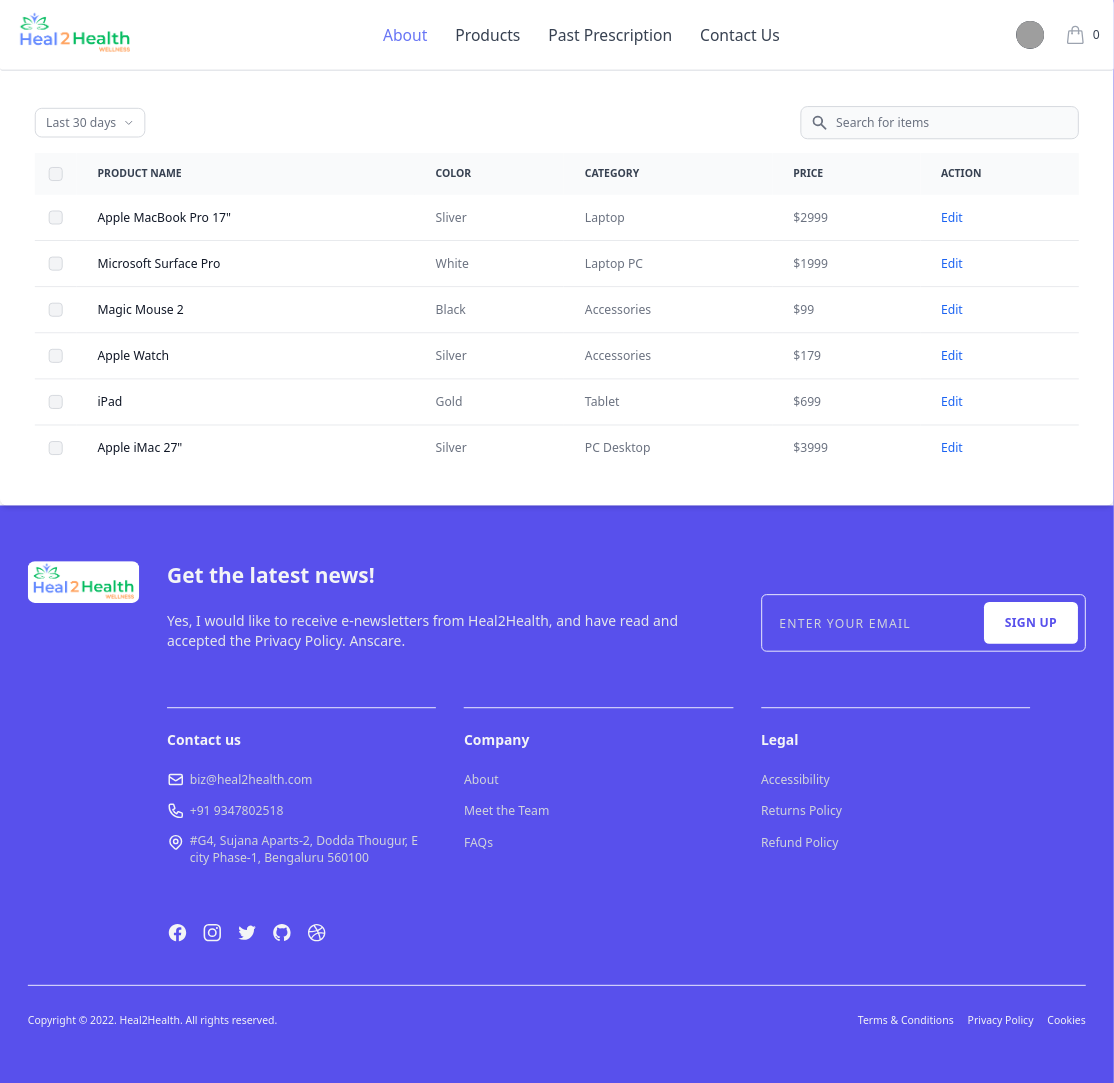
Repository: Akash123-coder/H2H
Page: /PastPrescription (app in Frontend/)
The author's editor kept a copy of each file at every save. The page is drawn from the files as they stood at one save, then again after the next save.
The browser window is 1280 px wide. The pictures show the whole page, at 87% of full size.
Pictures or frames that could not be fetched are drawn as grey boxes. The project was rebuilt for these pictures with package versions that can differ from the ones it lists, and the page was loaded fresh each time. Also part of the build but not shown: Frontend/vite.config.ts, Frontend/src/pages/About.tsx, Frontend/src/components/Cta.jsx, Frontend/src/pages/Home.jsx, Frontend/src/components/Buttonsm.tsx, Frontend/src/components/Buttonrm.tsx, Frontend/src/components/Product.tsx, Frontend/src/pages/Prescription.jsx and 2 more.

Above is the page before, as saved 2022-09-28 16:50:43.

After the next save:
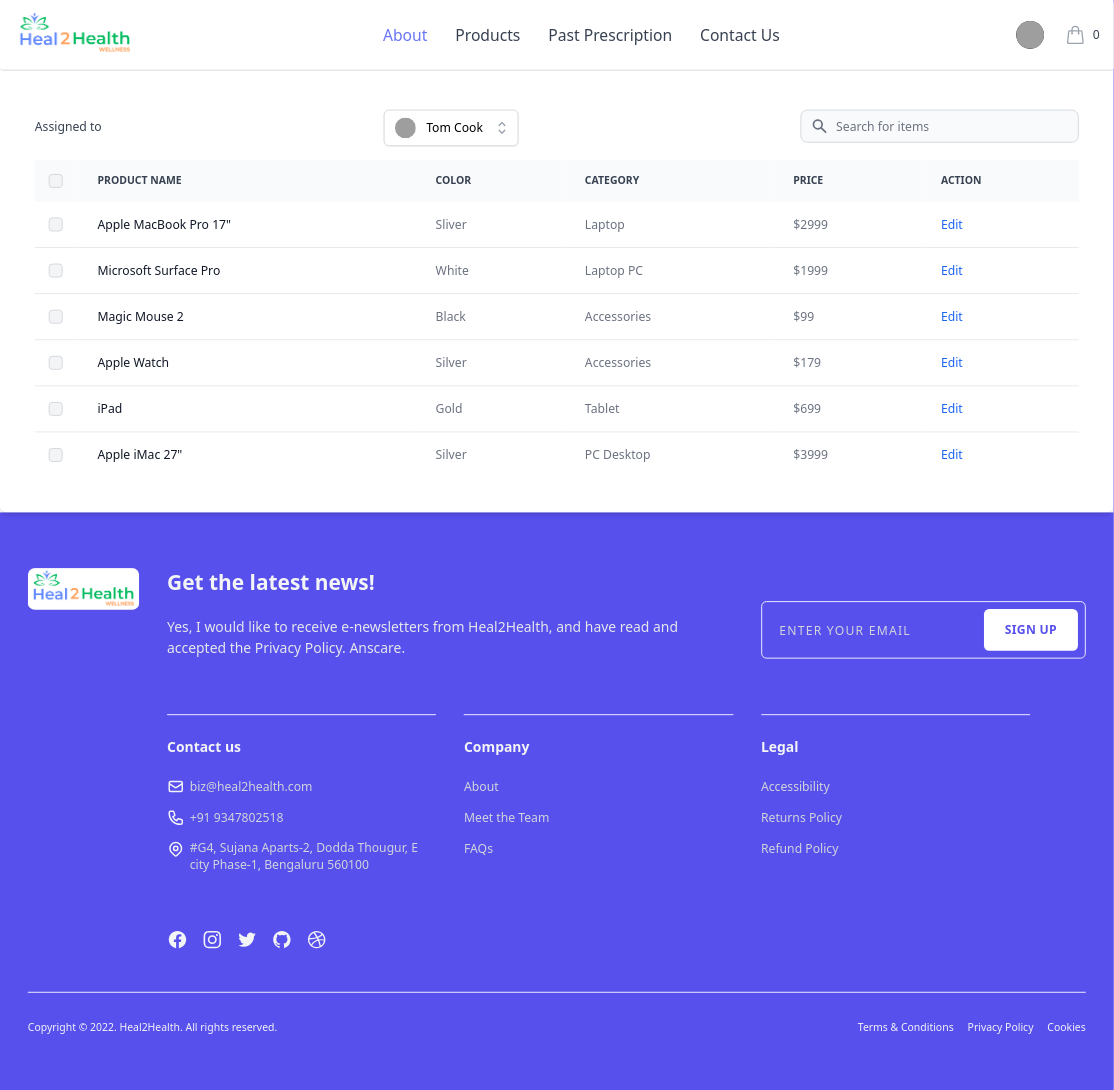
Saved 2 min 24 s later.
--- a/Frontend/src/pages/PastPrescription.jsx
+++ b/Frontend/src/pages/PastPrescription.jsx
@@ -1,136 +1,12 @@
 import React from 'react'
+import Select from '../components/Select';
 
 function PastPrescription() {
   return (
     <div>
       <div class="overflow-x-auto relative shadow-md sm:rounded-lg p-10">
         <div class="flex justify-between items-center pb-4">
-          <div>
-            <button
-              id="dropdownRadioButton"
-              data-dropdown-toggle="dropdownRadio"
-              class="inline-flex items-center text-gray-500 bg-white border border-gray-300 focus:outline-none hover:bg-gray-100 focus:ring-4 focus:ring-gray-200 font-medium rounded-lg text-sm px-3 py-1.5 dark:bg-gray-800 dark:text-white dark:border-gray-600 dark:hover:bg-gray-700 dark:hover:border-gray-600 dark:focus:ring-gray-700"
-              type="button"
-            >
-
-              Last 30 days
-              <svg
-                class="ml-2 w-3 h-3"
-                aria-hidden="true"
-                fill="none"
-                stroke="currentColor"
-                viewBox="0 0 24 24"
-                xmlns="http://www.w3.org/2000/svg"
-              >
-                <path
-                  stroke-linecap="round"
-                  stroke-linejoin="round"
-                  stroke-width="2"
-                  d="M19 9l-7 7-7-7"
-                ></path>
-              </svg>
-            </button>
-            {/* <!-- Dropdown menu --> */}
-            <div
-              id="dropdownRadio"
-              class="hidden z-10 w-48 bg-white rounded divide-y divide-gray-100 shadow dark:bg-gray-700 dark:divide-gray-600 absolute inset m-0 translate-y-[34450px]"
-              data-popper-reference-hidden=""
-              data-popper-escaped=""
-              data-popper-placement="bottom"
-            >
-              <ul
-                class="p-3 space-y-1 text-sm text-gray-700 dark:text-gray-200"
-                aria-labelledby="dropdownRadioButton"
-              >
-                <li>
-                  <div class="flex items-center p-2 rounded hover:bg-gray-100 dark:hover:bg-gray-600">
-                    <input
-                      id="filter-radio-example-1"
-                      type="radio"
-                      value=""
-                      name="filter-radio"
-                      class="w-4 h-4 text-blue-600 bg-gray-100 border-gray-300 focus:ring-blue-500 dark:focus:ring-blue-600 dark:ring-offset-gray-800 focus:ring-2 dark:bg-gray-700 dark:border-gray-600"
-                    />
-                    <label
-                      for="filter-radio-example-1"
-                      class="ml-2 w-full text-sm font-medium text-gray-900 rounded dark:text-gray-300"
-                    >
-                      Last day
-                    </label>
-                  </div>
-                </li>
-                <li>
-                  <div class="flex items-center p-2 rounded hover:bg-gray-100 dark:hover:bg-gray-600">
-                    <input
-                      readOnly
-                      id="filter-radio-example-2"
-                      type="radio"
-                      value=""
-                      name="filter-radio"
-                      class="w-4 h-4 text-blue-600 bg-gray-100 border-gray-300 focus:ring-blue-500 dark:focus:ring-blue-600 dark:ring-offset-gray-800 focus:ring-2 dark:bg-gray-700 dark:border-gray-600"
-                    />
-                    <label
-                      for="filter-radio-example-2"
-                      class="ml-2 w-full text-sm font-medium text-gray-900 rounded dark:text-gray-300"
-                    >
-                      Last 7 days
-                    </label>
-                  </div>
-                </li>
-                <li>
-                  <div class="flex items-center p-2 rounded hover:bg-gray-100 dark:hover:bg-gray-600">
-                    <input
-                      id="filter-radio-example-3"
-                      type="radio"
-                      value=""
-                      name="filter-radio"
-                      class="w-4 h-4 text-blue-600 bg-gray-100 border-gray-300 focus:ring-blue-500 dark:focus:ring-blue-600 dark:ring-offset-gray-800 focus:ring-2 dark:bg-gray-700 dark:border-gray-600"
-                    />
-                    <label
-                      for="filter-radio-example-3"
-                      class="ml-2 w-full text-sm font-medium text-gray-900 rounded dark:text-gray-300"
-                    >
-                      Last 30 days
-                    </label>
-                  </div>
-                </li>
-                <li>
-                  <div class="flex items-center p-2 rounded hover:bg-gray-100 dark:hover:bg-gray-600">
-                    <input
-                      id="filter-radio-example-4"
-                      type="radio"
-                      value=""
-                      name="filter-radio"
-                      class="w-4 h-4 text-blue-600 bg-gray-100 border-gray-300 focus:ring-blue-500 dark:focus:ring-blue-600 dark:ring-offset-gray-800 focus:ring-2 dark:bg-gray-700 dark:border-gray-600"
-                    />
-                    <label
-                      for="filter-radio-example-4"
-                      class="ml-2 w-full text-sm font-medium text-gray-900 rounded dark:text-gray-300"
-                    >
-                      Last month
-                    </label>
-                  </div>
-                </li>
-                <li>
-                  <div class="flex items-center p-2 rounded hover:bg-gray-100 dark:hover:bg-gray-600">
-                    <input
-                      id="filter-radio-example-5"
-                      type="radio"
-                      value=""
-                      name="filter-radio"
-                      class="w-4 h-4 text-blue-600 bg-gray-100 border-gray-300 focus:ring-blue-500 dark:focus:ring-blue-600 dark:ring-offset-gray-800 focus:ring-2 dark:bg-gray-700 dark:border-gray-600"
-                    />
-                    <label
-                      for="filter-radio-example-5"
-                      class="ml-2 w-full text-sm font-medium text-gray-900 rounded dark:text-gray-300"
-                    >
-                      Last year
-                    </label>
-                  </div>
-                </li>
-              </ul>
-            </div>
-          </div>
+          <Select/>
           <label for="table-search" class="sr-only">
             Search
           </label>
